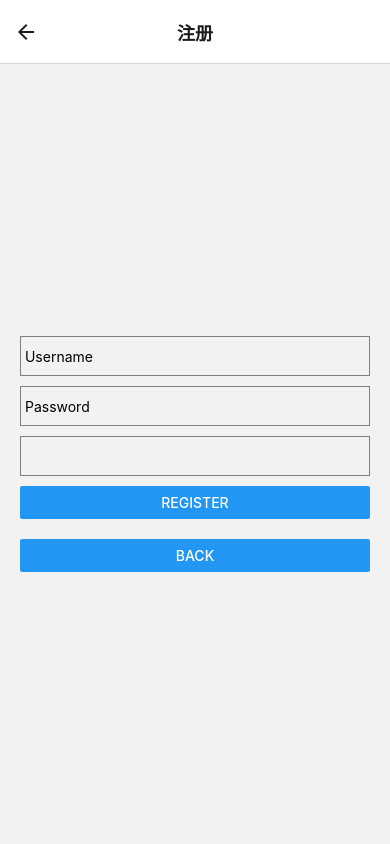
Repository: RidenShogunei/reactnative--make-an-app
Screen: /register (app in Myapp/)
These files come from the project's save history. The screen is drawn as it stood at one moment and after the next save; the edit follows.
The app was drawn by React Native's web renderer in a window 390 px wide. The project was rebuilt for these pictures with package versions that can differ from the ones it lists, and the page was loaded fresh each time.

Above is the screen before, as saved 2024-04-20 19:20:57.

After the next save:
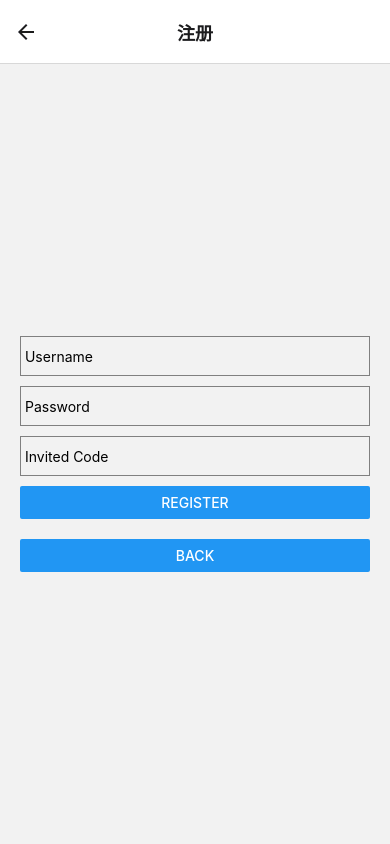
Saved 11 s later.
--- a/Myapp/pages/register.jsx
+++ b/Myapp/pages/register.jsx
@@ -30,7 +30,7 @@ const Register = () => {
       />
       <TextInput
         style={styles.input}
-        placeholder=" "
+        placeholder=" Invited Code"
         secureTextEntry
         value={password}
         onChangeText={setPassword}
